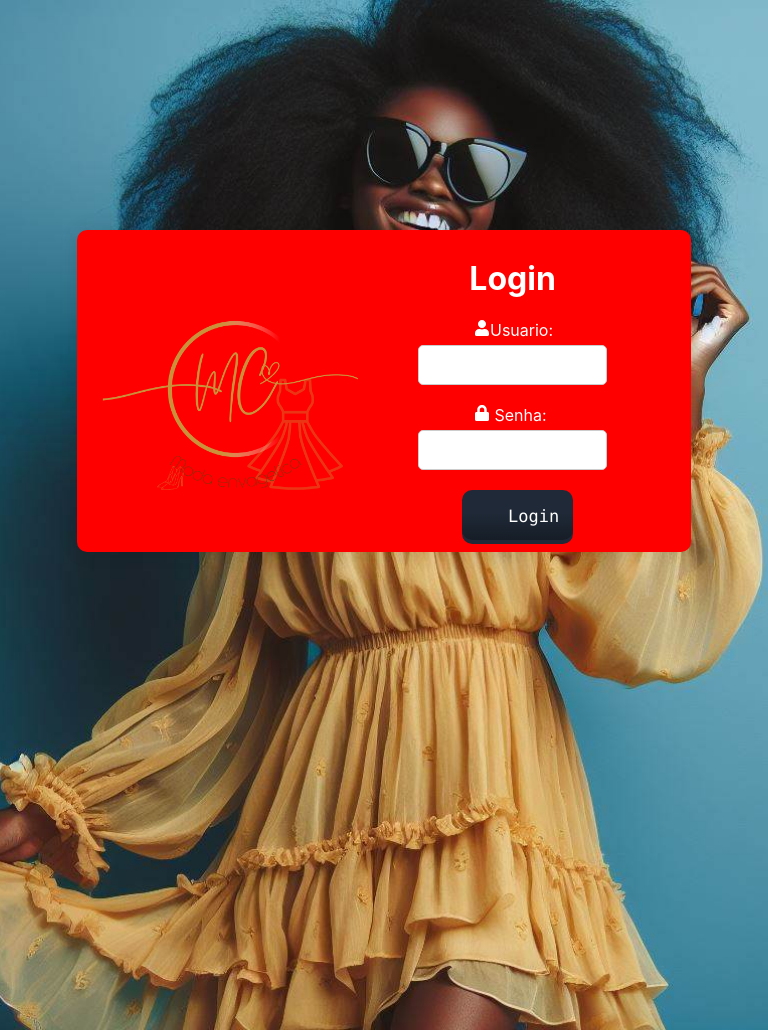
Repository: Mixchelle/ecommerce-moda-evangelica
Page: /login-admin
The author's editor kept a copy of each file at every save. The page is drawn from the files as they stood at one save, then again after the next save.
The browser window is 768 px wide. The pictures show the whole page.
The project was rebuilt for these pictures with package versions that can differ from the ones it lists, and the page was loaded fresh each time. Also part of the build but not shown: src/components/Header.js, src/components/CategoriesFilter.js, src/pages/Home.js, src/pages/Login.js, src/pages/Admin.js, src/pages/Cart.js.

Above is the page before, as saved 2024-04-29 22:27:26.

After the next save:
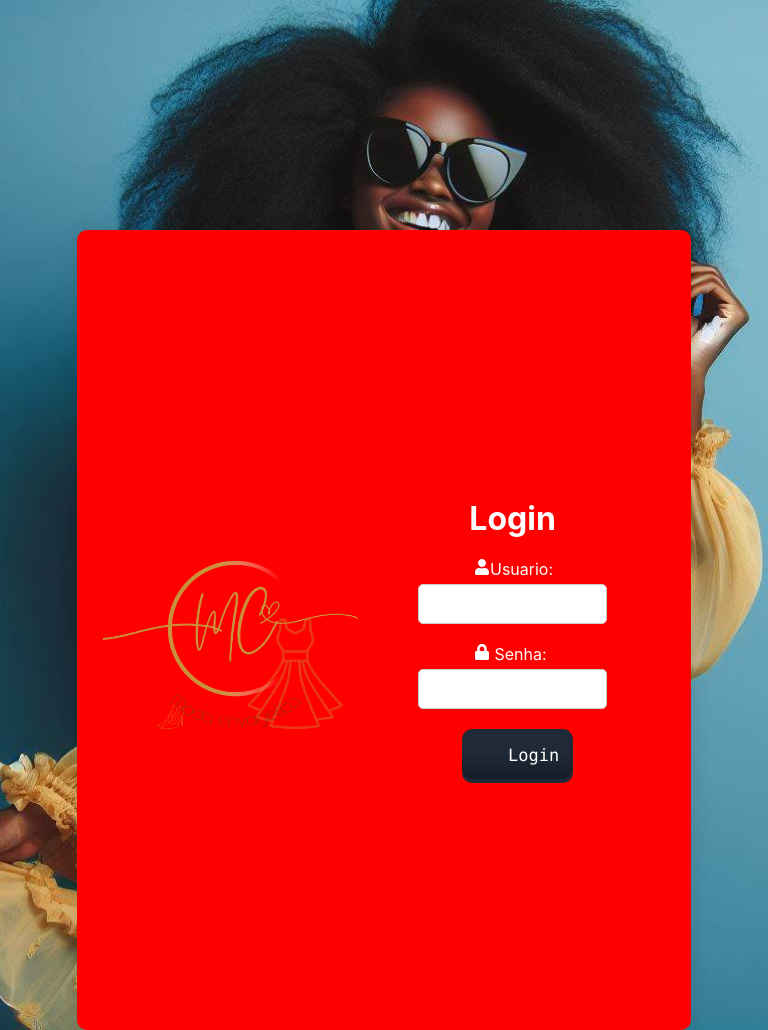
Saved 19 s later.
--- a/src/style/Login.css
+++ b/src/style/Login.css
@@ -149,7 +149,7 @@
   /* Para dispositivos com largura mínima de 768px (tablets e desktops) */
   .login-container {
     flex-direction: row;
-    height: 80%;
+    height:100vh;
     margin-top: 30%;
     margin-bottom: 30%;
     background-color: red;
